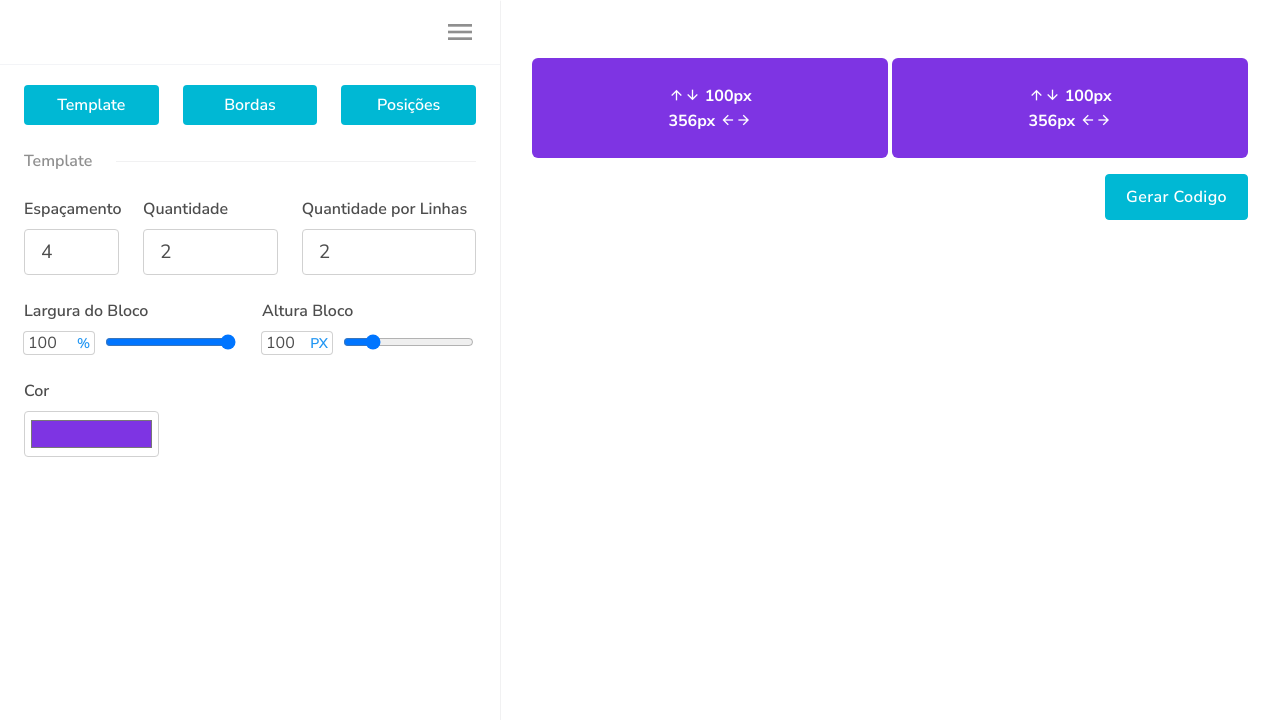
Repository: Flintdl/lowcode-elements
Page: /
An editor plug-in stored every save of this project. The page is shown before and after the next save, followed by the edit.
The browser window is 1280 px wide. The pictures show the whole page.
The project was rebuilt for these pictures with package versions that can differ from the ones it lists, and the page was loaded fresh each time. Also part of the build but not shown: vue.config.js.

Above is the page before, as saved 2022-04-06 11:28:14.

### src/components/Menu/MenuTemplate.vue
<template>
  <div>
    <div
      class="ham burger-link-mobile sf-display-flex sf-display-md-none"
      @click="menu"
    >
      <i class="mdi mdi-menu sf-text-xlg sf-text-muted sf-dropdown-action"></i>
    </div>
    <nav class="sf-menu">
      <div class="sf-menu-header">
        <div
          @click="menu"
          class="hamburger-link sf-display-none sf-display-md-block"
        >
          <i
            class="mdi mdi-menu sf-text-xlg sf-text-muted sf-dropdown-action"
          ></i>
        </div>
      </div>
      <div class="sf-menu-body">
        <div class="sf-row sf-px-4" style="visibility: visible">
          <div
            v-for="tab of tabs"
            v-bind:key="tab.label"
            class="sf-col-4 sf-text-center sf-form-group"
          >
            <div
              @click="showContent"
              :dataRef="tab.ref"
              class="sf-btn-primary sf-cursor-pointer sf-p-2 sf-text-white sf-font-weight-bold sf-border-radius"
            >
              {{ tab.label }}
            </div>
          </div>
        </div>
        <ul class="sf-menu-ul sf-menu-content open" ref="template-collapse">
          <li class="sf-menu-li sf-px-4">
            <div class="sf-row">
              <div class="sf-col-12 sf-form-group">
                <span
                  class="sf-text-md sf-font-weight-bold sf-text-muted sf-display-flex sf-align-items-center"
                >
                  Template
                  <hr class="sf-width-100 sf-ml-4" />
                </span>
              </div>
              <InputGapTemplate
                :valorInput="inputGap"
                v-on:callback="getValorCampo"
              />
              <InputQuantidadeTemplate
                :valorInput="inputQuantidade"
                v-on:callback="getValorCampoQuantidade"
              />
              <InputQuantLinhasTemplate
                :valorInput="inputQuantidadeLinha"
                v-on:callback="getValorCampoQuantidadeLinha"
              />
              <InputLarguraBloco
                :valorInput="inputRange"
                v-on:callback="getValorLarguraBloco"
              />
              <InputAlturaBloco
                :valorInput="valorHeight"
                v-on:callback="getValorAlturaBloco"
              />
            </div>
            <div class="sf-row">
              <div class="sf-col-4 sf-form-group">
                <label class="sf-label">Cor</label>
                <input
                  type="color"
                  id="inputColor"
                  v-model="inputColor"
                  class="sf-p-1 sf-text-capitalize"
                  placeholder="Quantidade de Blocos"
                />
              </div>
            </div>
          </li>
        </ul>
        <ul class="sf-menu-ul sf-menu-content" ref="border-collapse">
          <li class="sf-menu-li sf-px-4">
            <div class="sf-row">
              <div class="sf-col-12 sf-form-group">
                <span
                  class="sf-text-md sf-font-weight-bold sf-text-muted sf-display-flex sf-align-items-center"
                >
                  Bordas
                  <hr class="sf-width-100 sf-ml-4" />
                </span>
              </div>
              <InputBorderRadiusBloco
                :valorInput="inputBorderRadius"
                v-on:callback="getValorRadiusBloco"
              />
              <InputBorderBloco
                :valorInput="inputBorder"
                v-on:callback="getValorBorderBloco"
              />
              <InputBorderCorBloco
                :valorInput="inputBorderColor"
                v-on:callback="getValorBorderCorBloco"
              />
              <InputBorderTipoBloco
                :valorInput="inputBorderTipo"
                v-on:callback="getValorBorderTipoBloco"
              />
            </div>
          </li>
        </ul>
        <ul class="sf-menu-ul sf-menu-content" ref="position-collapse">
          <li class="sf-menu-li sf-px-4">
            <InputPosicaoBloco
              :valorInput="checkValue"
              v-on:callback="getValorPosicaoBloco"
            />
          </li>
        </ul>
      </div>
    </nav>
    <div class="sf-content-page">
      <HomeView
        :valor="inputRange"
        :inputGap="inputGap"
        :valorHeight="valorHeight"
        :quantidade="parseInt(inputQuantidade)"
        :quantidadeLinha="inputQuantidadeLinha"
        :inputBorderRadius="inputBorderRadius"
        :checkValue="checkValue"
        :inputColor="inputColor"
        :inputBorder="inputBorder"
        :inputBorderColor="inputBorderColor"
        :inputBorderTipo="inputBorderTipo"
      />
    </div>
    <div class="ga-mascara-fundo" @click="mask"></div>
  </div>
</template>

<script>
import HomeView from "@/views/HomeView.vue";
import InputGapTemplate from "@/components/templates/InputGapTemplate.vue";
import InputQuantidadeTemplate from "@/components/templates/InputQuantidadeTemplate.vue";
import InputQuantLinhasTemplate from "@/components/templates/InputQuantLinhasTemplate.vue";
import InputLarguraBloco from "@/components/templates/InputLarguraBloco.vue";
import InputAlturaBloco from "@/components/templates/InputAlturaBloco.vue";
import InputBorderRadiusBloco from "@/components/templates/InputBorderRadiusBloco.vue";
import InputBorderBloco from "@/components/templates/InputBorderBloco.vue";
import InputPosicaoBloco from "@/components/templates/InputPosicaoBloco.vue";
import InputBorderCorBloco from "@/components/templates/InputBorderCorBloco.vue";
import InputBorderTipoBloco from "@/components/templates/InputBorderTipoBloco.vue";
import image from "@/assets/logo-soften.webp";

export default {
  name: "MenuTemplate",
  data: function () {
    return {
      inputQuantidade: (this.inputQuantidade = "2"),
      inputQuantidadeLinha: (this.inputQuantidadeLinha = "2"),
      inputBorderRadius: (this.inputBorderRadius = "6"),
      inputRange: (this.inputRange = "100"),
      valorHeight: (this.valorHeight = "100"),
      inputGap: (this.inputGap = "4"),
      checkValue: (this.checkValue = "center"),
      inputColor: (this.inputColor = "#7e34e3"),
      inputBorder: (this.inputBorder = "0"),
      inputBorderColor: (this.inputBorderColor = ""),
      inputBorderTipo: (this.inputBorderTipo = ""),
      image: image,

      tabs: [
        { label: "Template", ref: "template-collapse" },
        { label: "Bordas", ref: "border-collapse" },
        { label: "Posições", ref: "position-collapse" },
      ],
    };
  },
  components: {
    HomeView,
    InputGapTemplate,
    InputQuantidadeTemplate,
    InputQuantLinhasTemplate,
    InputLarguraBloco,
    InputAlturaBloco,
    InputPosicaoBloco,
    InputBorderRadiusBloco,
    InputBorderBloco,
    InputBorderCorBloco,
    InputBorderTipoBloco,
  },
  beforeMount() {
    if (window.innerWidth >= 768) {
      if (localStorage.getItem("menu") === "fechado") {
        document.body.classList.add("menu-fechado");
      } else {
        document.body.classList.remove("menu-fechado");
      }
    }

    (function () {
      var current = window.location.pathname.split("")[0];
      if (current === "") return;
      var menuItems = document.querySelectorAll(".sf-menu-list-link");
      for (var i = 0, len = menuItems.length; i < len; i++) {
        if (menuItems[i].getAttribute("href").indexOf(current) !== -1) {
          menuItems[i].className += " active-nolink";
          menuItems[i].nextElementSibling.className += " active-nolink";
        }
      }
    })();
  },
  methods: {
    showContent(e) {
      var referenciaItem = this.$refs[e.currentTarget.getAttribute("dataRef")];
      for (let i = 0; i < this.tabs.length; i++) {
        const element = this.tabs[i];
        if (this.$refs[element.ref]) {
          if (this.$refs[element.ref].classList.contains("open"))
            this.$refs[element.ref].classList.remove("open");
        }
      }
      if (referenciaItem) {
        referenciaItem.classList.toggle("open");
        if (!referenciaItem.classList.contains("open")) {
          referenciaItem.classList.remove("open");
        } else {
          referenciaItem.classList.add("open");
        }
      }
    },
    menu() {
      if (window.innerWidth >= 768) {
        document.body.classList.toggle("menu-fechado");
        if (document.body.classList.contains("menu-fechado")) {
          localStorage.setItem("menu", "fechado");
        } else {
          localStorage.removeItem("menu");
        }
      } else {
        document.body.classList.toggle("menu-mobile-aberto");
      }
    },
    mask() {
      document.body.classList.remove("menu-mobile-aberto");
    },
    getValorCampo(valor) {
      this.inputGap = valor;
    },
    getValorCampoQuantidade(valor) {
      this.inputQuantidade = valor;
    },
    getValorCampoQuantidadeLinha(valor) {
      this.inputQuantidadeLinha = valor;
    },
    getValorLarguraBloco(valor) {
      this.inputRange = valor;
    },
    getValorAlturaBloco(valor) {
      this.valorHeight = valor;
    },
    getValorRadiusBloco(valor) {
      this.inputBorderRadius = valor;
    },
    getValorBorderBloco(valor) {
      this.inputBorder = valor;
    },
    getValorBorderCorBloco(valor) {
      this.inputBorderColor = valor;
    },
    getValorBorderTipoBloco(valor) {
      this.inputBorderTipo = valor;
    },
    getValorPosicaoBloco(valor) {
      this.checkValue = valor;
    },
  },
};

// function dropdown(menu) {
//   var dropdowns = document.getElementsByClassName("sf-dropdown-menu");
//   var i;
//   for (i = 0; i < dropdowns.length; i++) {
//     var openDropdown = dropdowns[i];
//     if (openDropdown.classList.contains("show")) {
//       openDropdown.classList.remove("show");
//     }
//   }
//   document.querySelector(menu).classList.toggle("show");
// }
</script>

<style lang="scss">
@import "@/assets/scss/style.scss";
@import "@/assets/scss/standard.scss";
@import "@/assets/scss/menu.scss";
</style>

### src/assets/scss/_variables.scss
// Primarys Colors
$standardTextColor: #4d4d4d;

$primaryColor: #8e6dff;
$secondaryColor: #009997;
$buttonDisableColor: #9c9c9c;
$buttonDisableBgColor: #7676764d;

// Menu Colors

$bgMenuColor: #1d1d1d;
$linkMenuColor: #7b8089;
$iconMenuColor: #2a2a2a;
$borderMenuColor: #323232;

// Botão Colors

$btnPrimary: #00b8d4;
$btnPrimaryHover: #0085b0;

// Generics Colors

$whiteColor: #ffffff;
$mutedColor: #8f8f8f;
$cardColor: #f3f4f7;
$cardColorLight: #f9fafc;
$cardColorLightTwo: #f1f5fc;
$greyLight: #d1d1d1;

// Dropdown Colors

$dropdownHeaderColor: #5f5f5f;
$dropdownColor: #ebffff;

// State Colors

$successColor: #3dc661;
$dangerColor: #e7515a;
$warningColor: #e2a03f;
$infoColor: #2196f3;
$defaultColor: #172b4d;
$lightColor: #e0e0e0;

### src/components/templates/InputGapTemplate.vue
<template>
  <div class="sf-col-3 sf-form-group">
    <label class="sf-label">Espaçamento</label>
    <input
      type="number"
      min="1"
      max="12"
      value="2"
      id="inputGap"
      v-model="valor"
      class="filter-states sf-text-capitalize"
      placeholder="Quantidade de Blocos"
    />
  </div>
</template>

<script>
export default {
  props: {
    valorInput: String,
  },
  computed: {
    valor: {
      get() {
        var inp = this.valorInput;
        return inp;
      },
      set(valorInput) {
        this.$emit("callback", valorInput);
      },
    },
  },
};
</script>

<style></style>

### src/components/templates/InputQuantidadeTemplate.vue
<template>
  <div class="sf-col-4 sf-form-group">
    <label class="sf-label">Quantidade</label>
    <input
      type="number"
      value="1"
      id="inputQuantidade"
      v-model="valor"
      class="filter-states sf-text-capitalize"
      placeholder="Quantidade de Blocos"
    />
  </div>
</template>

<script>
export default {
  props: {
    valorInput: String,
  },
  computed: {
    valor: {
      get() {
        var inp = this.valorInput;
        return inp;
      },
      set(valorInput) {
        this.$emit("callback", valorInput);
      },
    },
  },
};
</script>

<style></style>

### src/components/templates/InputQuantLinhasTemplate.vue
<template>
  <div class="sf-col-5 sf-form-group">
    <label class="sf-label">Quantidade por Linhas</label>
    <input
      type="number"
      min="1"
      max="12"
      value="1"
      id="inputQuantidadeLinha"
      v-model="valor"
      class="filter-states sf-text-capitalize"
      placeholder="Quantidade Linha"
    />
  </div>
</template>

<script>
export default {
  props: {
    valorInput: String,
  },
  computed: {
    valor: {
      get() {
        var inp = this.valorInput;
        return inp;
      },
      set(valorInput) {
        this.$emit("callback", valorInput);
      },
    },
  },
};
</script>

<style></style>

### src/components/templates/InputLarguraBloco.vue
<template>
  <div class="sf-col-6 sf-form-group">
    <label class="sf-label">Largura do Bloco</label>
    <div class="sf-input-group">
      <div
        class="sf-input-group-append sf-display-flex sf-justify-content-center"
      >
        <div
          class="sf-display-flex sf-align-items-center sf-justify-content-center sf-border-left-0 sf-border-radius sf-border-radius-left-0 sf-pr-2 sf-text-info sf-font-weight-bold sf-min-80-px"
        >
          <div class="sf-input-group">
            <input
              type="number"
              value="1"
              min="1"
              max="100"
              v-model="valor"
              class="sf-text-md sf-height-fit-content sf-pr-0 sf-pl-1 sf-border-right-0 sf-border-radius-right-0 sf-text-capitalize"
              placeholder="Curva da Borda"
            />
            <div
              class="sf-input-group-append sf-display-flex sf-justify-content-center"
            >
              <div
                class="sf-display-flex sf-align-items-center sf-border sf-justify-content-center sf-border-left-0 sf-border-radius sf-border-radius-left-0 sf-pr-1 sf-text-info sf-font-weight-bold sf-text-sm"
              >
                %
              </div>
            </div>
          </div>
        </div>
      </div>
      <input
        type="range"
        min="10"
        max="100"
        value="10"
        id="inputRange"
        v-model="valor"
        class="sf-px-0 sf-border-right-0 sf-border-radius-right-0 sf-text-capitalize"
      />
    </div>
  </div>
</template>

<script>
export default {
  props: {
    valorInput: String,
  },
  computed: {
    valor: {
      get() {
        var inp = this.valorInput;
        return inp;
      },
      set(valorInput) {
        this.$emit("callback", valorInput);
      },
    },
  },
};
</script>

<style></style>

### src/components/templates/InputAlturaBloco.vue
<template>
  <div class="sf-col-6 sf-form-group">
    <label class="sf-label">Altura Bloco</label>
    <div class="sf-input-group">
      <div
        class="sf-input-group-append sf-display-flex sf-justify-content-center"
      >
        <div
          class="sf-display-flex sf-align-items-center sf-justify-content-center sf-border-left-0 sf-border-radius sf-border-radius-left-0 sf-pr-2 sf-text-info sf-font-weight-bold sf-min-80-px"
        >
          <div class="sf-input-group">
            <input
              type="number"
              value="1"
              min="1"
              max="500"
              v-model="valor"
              class="sf-text-md sf-height-fit-content sf-pr-0 sf-pl-1 sf-border-right-0 sf-border-radius-right-0 sf-text-capitalize"
              placeholder="Curva da Borda"
            />
            <div
              class="sf-input-group-append sf-display-flex sf-justify-content-center"
            >
              <div
                class="sf-display-flex sf-align-items-center sf-border sf-justify-content-center sf-border-left-0 sf-border-radius sf-border-radius-left-0 sf-pr-1 sf-text-info sf-font-weight-bold sf-text-sm"
              >
                PX
              </div>
            </div>
          </div>
        </div>
      </div>
      <input
        type="range"
        min="10"
        max="500"
        id="valorHeight"
        v-model="valor"
        class="sf-px-0 sf-border-right-0 sf-border-radius-right-0 sf-text-capitalize"
      />
    </div>
  </div>
</template>

<script>
export default {
  props: {
    valorInput: String,
  },
  computed: {
    valor: {
      get() {
        var inp = this.valorInput;
        return inp;
      },
      set(valorInput) {
        this.$emit("callback", valorInput);
      },
    },
  },
};
</script>

<style></style>

### src/components/templates/InputBorderBloco.vue
<template>
  <div class="sf-col-6 sf-form-group">
    <label class="sf-label">Tamanho da Borda</label>
    <div class="sf-input-group">
      <div
        class="sf-input-group-append sf-display-flex sf-justify-content-center"
      >
        <div
          class="sf-display-flex sf-align-items-center sf-justify-content-center sf-border-left-0 sf-border-radius sf-border-radius-left-0 sf-pr-2 sf-text-info sf-font-weight-bold sf-min-80-px"
        >
          <div class="sf-input-group">
            <input
              type="number"
              value="1"
              min="1"
              max="50"
              v-model="valor"
              class="sf-text-md sf-height-fit-content sf-pr-0 sf-pl-1 sf-border-right-0 sf-border-radius-right-0 sf-text-capitalize"
              placeholder="Curva da Borda"
            />
            <div
              class="sf-input-group-append sf-display-flex sf-justify-content-center"
            >
              <div
                class="sf-display-flex sf-align-items-center sf-border sf-justify-content-center sf-border-left-0 sf-border-radius sf-border-radius-left-0 sf-pr-1 sf-text-info sf-font-weight-bold sf-text-sm"
              >
                PX
              </div>
            </div>
          </div>
        </div>
      </div>
      <input
        type="range"
        value="1"
        min="0"
        max="24"
        id="inputBorder"
        v-model="valor"
        class="sf-px-0 sf-border-right-0 sf-border-radius-right-0 sf-text-capitalize"
        placeholder="Curva da Borda"
      />
    </div>
  </div>
</template>

<script>
export default {
  props: {
    valorInput: String,
  },
  computed: {
    valor: {
      get() {
        var inp = this.valorInput;
        return inp;
      },
      set(valorInput) {
        this.$emit("callback", valorInput);
      },
    },
  },
};
</script>

<style></style>

### src/components/templates/InputPosicaoBloco.vue
<template>
  <div class="sf-row">
    <div class="sf-col-12 sf-form-group">
      <span
        class="sf-text-md sf-font-weight-bold sf-text-muted sf-display-flex sf-align-items-center"
      >
        Posições
        <hr class="sf-width-100 sf-ml-4" />
      </span>
    </div>
    <div class="sf-col-auto sf-form-group">
      <input
        id="start"
        type="radio"
        name="positionDivs"
        v-model="valor"
        value="start"
        checked
      />
      <label for="start"> Esquerda</label>
    </div>

    <div class="sf-col-auto sf-form-group">
      <input
        type="radio"
        id="center"
        name="positionDivs"
        v-model="valor"
        value="center"
      />
      <label for="center"> Centro</label>
    </div>

    <div class="sf-col-auto sf-form-group">
      <input
        type="radio"
        id="end"
        name="positionDivs"
        v-model="valor"
        value="end"
      />
      <label for="end"> Final</label>
    </div>
    <div class="sf-col-auto sf-form-group">
      <input
        type="radio"
        id="between"
        name="positionDivs"
        v-model="valor"
        value="between"
      />
      <label for="between"> Laterais</label>
    </div>
    <div class="sf-col-auto sf-form-group">
      <input
        type="radio"
        id="around"
        name="positionDivs"
        v-model="valor"
        value="around"
      />
      <label for="around"> Meio</label>
    </div>
  </div>
</template>

<script>
export default {
  props: {
    valorInput: String,
  },
  computed: {
    valor: {
      get() {
        var inp = this.valorInput;
        return inp;
      },
      set(valorInput) {
        this.$emit("callback", valorInput);
      },
    },
  },
};
</script>

<style></style>

### src/components/templates/InputBorderCorBloco.vue
<template>
  <div class="sf-col sf-form-group">
    <label class="sf-label">Cor</label>
    <input
      type="color"
      id="inputBorderColor"
      v-model="valor"
      class="sf-p-1 sf-text-capitalize"
      placeholder="Quantidade de Blocos"
    />
  </div>
</template>

<script>
export default {
  props: {
    valorInput: String,
  },
  computed: {
    valor: {
      get() {
        var inp = this.valorInput;
        return inp;
      },
      set(valorInput) {
        this.$emit("callback", valorInput);
      },
    },
  },
};
</script>

<style></style>

### src/components/templates/InputBorderTipoBloco.vue
<template>
  <div class="sf-col-10 sf-form-group">
    <label class="sf-label">Tipo de Borda</label>
    <select
      id="inputBorderTipo"
      v-model="control"
      :items="items"
      @change="onSelectType"
      class="sf-text-capitalize"
    >
      <option
        v-bind:key="item.value"
        :value="item.value"
        :disabled="!item.value"
        v-for="item of items"
      >
        {{ item.label }}
      </option>
    </select>
  </div>
</template>

<script>
export default {
  props: {
    valorInput: String,
  },
  data: () => {
    return {
      items: [
        { label: "Solid", value: "solid" },
        { label: "Dashed", value: "dashed" },
      ],
    };
  },
  computed: {
    control: {
      get() {
        return this.valorInput;
      },
      set(valorInput) {
        this.$emit("callback", valorInput);
      },
    },
  },
  methods: {
    onSelectType(event) {
      this.$emit("change", event);
    },
  },
};
</script>

<style></style>

### src/components/templates/DivGrid.vue
<template>
  <div
    class="sf-position-relative sf-overflow-hidden"
    :style="cssDefinido"
    ref="container"
  >
    <span
      class="sf-position-absolute sf-centerAbsolute-xy sf-text-white sf-font-weight-extra-bold sf-text-center"
      :style="tamanho"
    >
      <i
        class="mdi mdi-arrow-up sf-text-md sf-text-white sf-dropdown-action"
      ></i>
      <i
        class="mdi mdi-arrow-down sf-text-md sf-text-white sf-dropdown-action"
      ></i>
      {{ altura }}px <br />

      {{ larguraPixel }}px
      <i
        class="mdi mdi-arrow-left sf-text-md sf-text-white sf-dropdown-action"
      ></i>
      <i
        class="mdi mdi-arrow-right sf-text-md sf-text-white sf-dropdown-action"
      ></i>
    </span>
  </div>
</template>

<script>
export default {
  data() {
    return {
      larguraPixel: null,
    };
  },
  mounted() {
    this.larguraPixel = this.$refs.container?.offsetWidth;
  },

  props: {
    cssDefinido: Object,
    tamanho: String,
    altura: String,
  },
  created() {
    this.$watch("tamanho", () => {
      this.larguraPixel = this.$refs.container?.offsetWidth;
    });
  },
};
</script>

<style></style>

Loaded but not shown: public/index.html (common file); src/main.js (common file); src/App.vue (common file); src/registerServiceWorker.js (common file); src/router/index.js (common file); src/assets/scss/materialdesignicons.scss (9 lines, source omitted); src/assets/scss/style.scss (4098 lines, source omitted); src/assets/scss/menu.scss (402 lines, source omitted); src/assets/scss/standard.scss (381 lines, source omitted); src/views/HomeView.vue (132 lines, source omitted); src/components/templates/InputBorderRadiusBloco.vue (66 lines, source omitted)

After the next save:
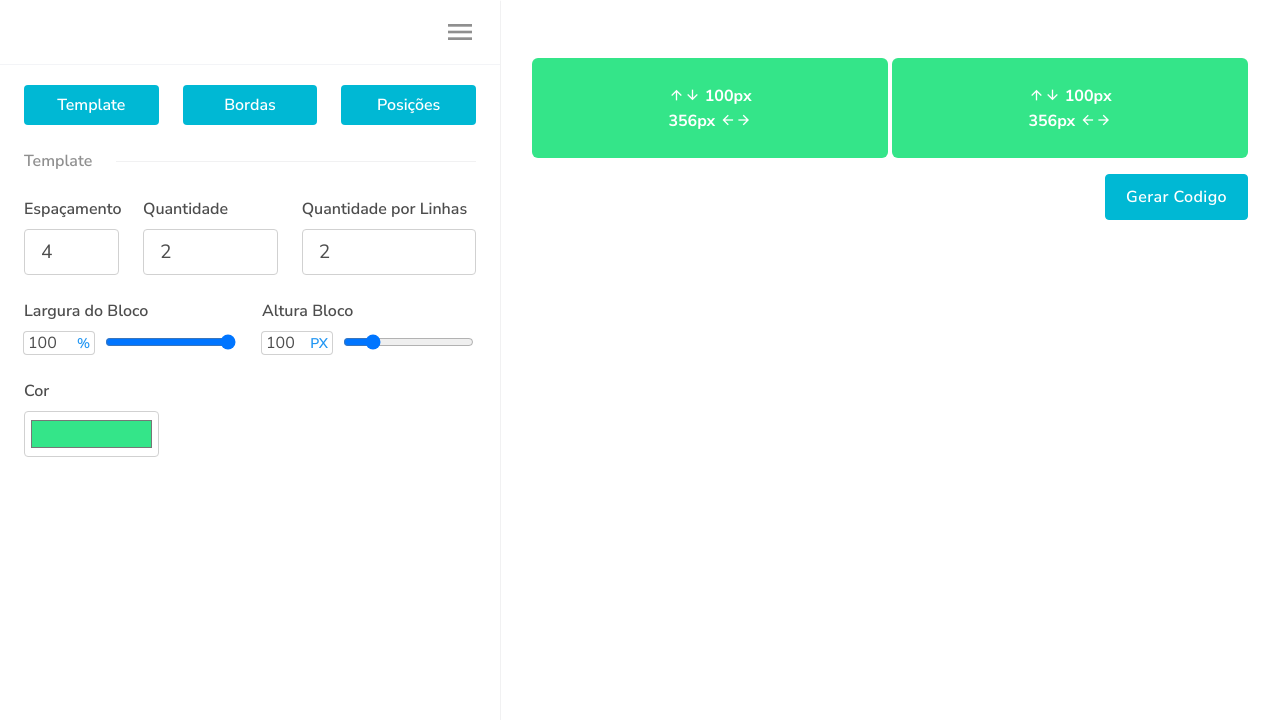
Saved 7 min 40 s later.
--- a/src/components/Menu/MenuTemplate.vue
+++ b/src/components/Menu/MenuTemplate.vue
@@ -163,7 +163,7 @@ export default {
       valorHeight: (this.valorHeight = "100"),
       inputGap: (this.inputGap = "4"),
       checkValue: (this.checkValue = "center"),
-      inputColor: (this.inputColor = "#7e34e3"),
+      inputColor: (this.inputColor = "#34E589"),
       inputBorder: (this.inputBorder = "0"),
       inputBorderColor: (this.inputBorderColor = ""),
       inputBorderTipo: (this.inputBorderTipo = ""),
